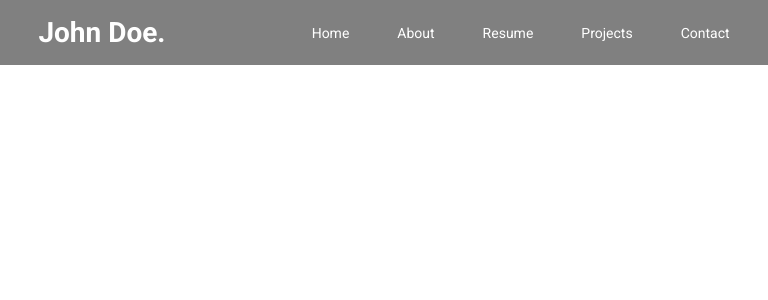
Repository: DevAntonioRogers/portfolio-tutorial
Page: index.html
The author's editor kept a copy of each file at every save. The page is drawn from the files as they stood at one save, then again after the next save.
The browser window is 768 px wide. The pictures show the whole page.

Above is the page before, as saved 2023-10-31 22:49:59.

### index.html
<!DOCTYPE html>
<html lang="en">
  <head>
    <meta charset="UTF-8" />
    <meta
      name="viewport"
      content="width=device-width, initial-scale=1.0"
    />
    <script src="https://unpkg.com/typed.js@2.0.16/dist/typed.umd.js"></script>
    <script
      type="module"
      src="https://unpkg.com/ionicons@7.1.0/dist/ionicons/ionicons.esm.js"
    ></script>
    <script
      nomodule
      src="https://unpkg.com/ionicons@7.1.0/dist/ionicons/ionicons.js"
    ></script>
    <link rel="stylesheet" href="./styles/main.css" />
    <title>John Doe Portfolio</title>
  </head>
  <body>
    <!-------- NAVBAR --------->
    <header>
      <nav role="navigation" aria-label="Navigation">
        <div class="container navbar">
          <h1>John Doe.</h1>

          <ul class="nav-menu">
            <li><a href="#home">Home</a></li>
            <li><a href="#about">About</a></li>
            <li><a href="#resume">Resume</a></li>
            <li><a href="#projects">Projects</a></li>
            <li><a href="#contact">Contact</a></li>
          </ul>

          <button
            aria-label="Toggle Mobile Menu"
            class="hamburger"
          >
            <span class="bar"></span>
            <span class="bar"></span>
            <span class="bar"></span>
          </button>
        </div>
      </nav>
    </header>
  </body>
</html>

### styles/main.css
@import url("https://fonts.googleapis.com/css2?family=Roboto:wght@100;400;500;700&display=swap");
@import url(./navbar.css);

* {
  box-sizing: border-box;
  padding: 0;
  margin: 0;
  font-family: "Roboto", sans-serif;
}

html {
  scroll-behavior: smooth;
}

li {
  list-style: none;
}

a {
  text-decoration: none;
  color: inherit;
}

button {
  outline: none;
  border: none;
  background: inherit;
}

.container {
  width: 90%;
  margin: 0 auto;
  max-width: 1400px;
  height: 100%;
}

article {
  padding: 20px 0;
  display: flex;
  flex-direction: column;
  gap: 10px;
  border: solid 1px #dad9d9;
}

### styles/navbar.css
nav {
  background-color: grey;
  position: fixed;
  width: 100%;
  z-index: 999;
  top: 0;
  left: 0;
  padding: 1rem 0;
}

.navbar {
  display: flex;
  justify-content: space-between;
  align-items: center;
}

.navbar h1 {
  color: white;
  font-size: 28px;
}

.nav-menu {
  display: flex;
  gap: 3rem;
  align-items: center;
}

.nav-menu li {
  font-size: 14px;
  color: white;
}

.bar {
  background-color: white;
  display: block;
  width: 23px;
  height: 2px;
  margin: 5px auto;
  transition: all 0.3s ease-in-out;
}

.hamburger {
  display: none;
  z-index: 999;
}

After the next save:
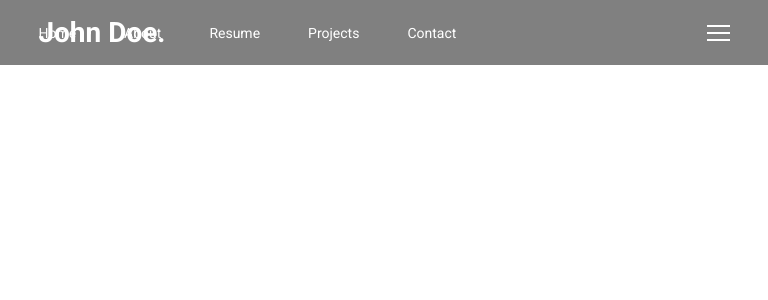
Saved 69 s later.
--- a/styles/navbar.css
+++ b/styles/navbar.css
@@ -43,3 +43,13 @@
   display: none;
   z-index: 999;
 }
+
+@media only screen and (max-width: 768px) {
+  .hamburger {
+    display: block;
+  }
+
+  .nav-menu {
+    position: fixed;
+  }
+}
